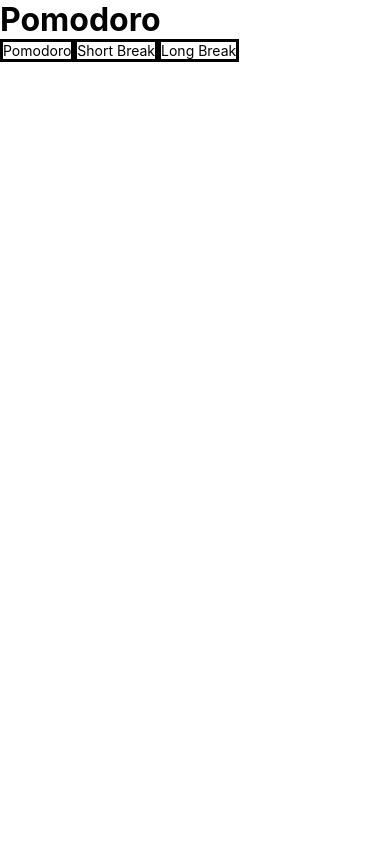
Repository: rchavarria77/pomodoro-app
Screen: /
An editor plug-in stored every save of this project. The screen is shown before and after the next save, followed by the edit.
The app was drawn by React Native's web renderer in a window 390 px wide. The project was rebuilt for these pictures with package versions that can differ from the ones it lists, and the page was loaded fresh each time.

Above is the screen before, as saved 2024-02-01 00:45:13.

After the next save:
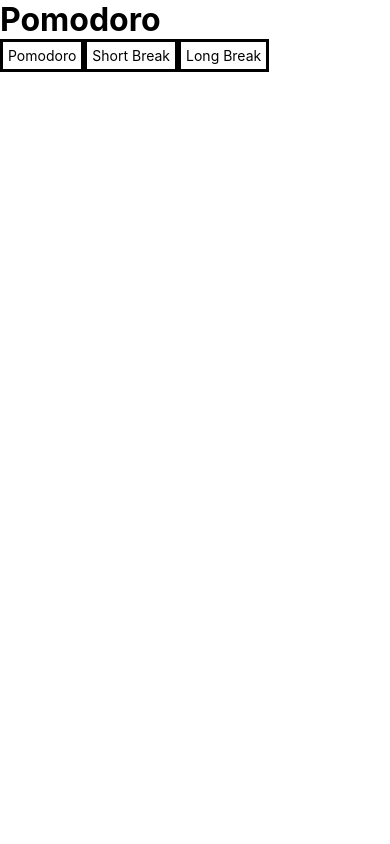
Saved 10 s later.
--- a/src/components/Header.jsx
+++ b/src/components/Header.jsx
@@ -17,5 +17,6 @@ export const Header = ({ time }) => {
 const styles = StyleSheet.create({
   itemStyle: {
     borderWidth: 3,
+    padding: 5,
   },
 });
